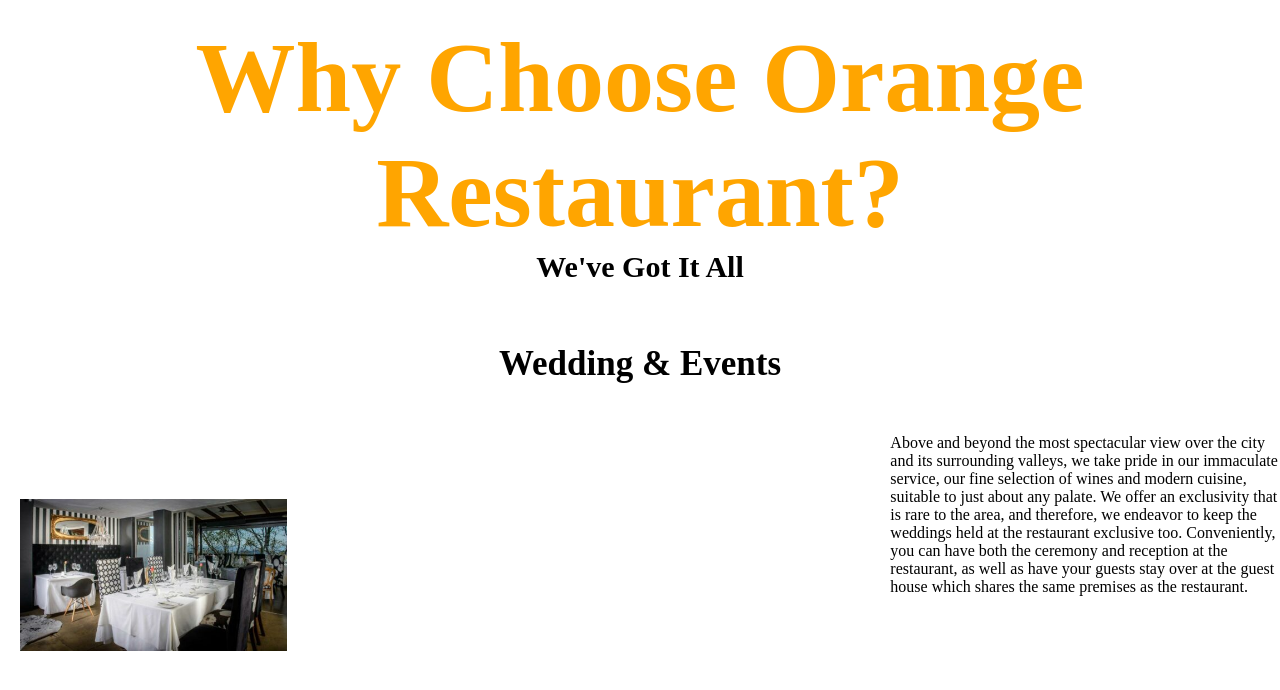
Repository: KaraboM20/KaraboUpdatedProjectOrang-Rest
Page: services.html
The author's editor kept a copy of each file at every save. The page is drawn from the files as they stood at one save, then again after the next save.
The browser window is 1280 px wide. The pictures show the whole page.

Above is the page before, as saved 2024-11-23 21:00:17.

### services.html
<!DOCTYPE html>
<html lang="en">
<head>
    <meta charset="UTF-8">
    <meta name="viewport" content="width=device-width, initial-scale=1.0">

    <link rel="stylesheet" href="./style.css">
    <title>Services Page</title>
</head>
<body>
    <div class="service-top">
        <h1 class="top-name">Why Choose Orange Restaurant?</h1>
        <h2 class="top-name2">We've Got It All</h2>
    </div>

    <div class="wedding">
        <div class="wed-heading">Wedding & Events</div>
        <div class="wed-info">
            <div class="wed-img">
                <img src="./assets/wedding and event.jpg" class="img-thumbnail" alt="...">
            </div>
            <div class="wed-info2">
                Above and beyond the most spectacular view over the city and its surrounding valleys, we take pride in our immaculate service, our fine selection of wines and modern cuisine, suitable to just about any palate. We offer an exclusivity that is rare to the area, and therefore, we endeavor to keep the weddings held at the restaurant exclusive too. Conveniently, you can have both the ceremony and reception at the restaurant, as well as have your guests stay over at the guest house which shares the same premises as the restaurant.
            </div>
        </div>
    </div>
</body>
</html>

### style.css
* {
    margin: 0 ;
    padding:0 ;
    box-sizing: border-box;


}

.upper-section {
    background-image: url(./assets/food-image.jpg);
    background-size: cover;
    background-position: center;
    height: 80vh;
    width: 100vw;
    position: relative;

}



.overlay {
    z-index: 1;
    height: 100%;
    width: 100%;
    background: black;
    position: absolute;
    top: 0;
    opacity: 30%;
}

.navbar {
    display: flex;
    justify-content: space-between;
}

.nav-info ul {
    list-style: none;
    color: orange;
    display: flex;
    cursor: pointer;

}

.nav-info li {
    margin-right: 15px;
    font-size: 18px;
    font-weight: bold;
    text-decoration: none;
    color: orange;
}

.nav-info li:hover {
    color: blueviolet;
    background-color: aqua;
}

.logo-img {
    width: 80%;
    height: auto;
}



.banner-wrap {
    color: white;
    font-size: 70px;
    text-align: center;
    justify-content: center;

}

h1 {
    margin-top: 20px;
}

.icon {
    text-decoration:none;
    color: white;
    font-size: 35px;
    align-items: center;
    justify-content: center;

}

.material-icons {
    color: orange;
}

.check-availability {
    display: flex;
   background-color: orange;
   padding: 10px;
   border: none;
   font-size: 25px;
   align-items: center;
   width: 100vw;


}

.check-availability input {

    font-size: 25px;
    border: 1px solid black;
    border-radius: 10px;
    padding: 5px;
}

.category {
    display: grid;
    margin: 20px;
}

#category-select {
    font-size: 20px;
    border: 1px solid black;
    border-radius: 10px;
    padding: 9px;
}

.check-in {
    display: grid;
    margin: 10px;
    padding: 5px 10px;
}

.check-out {
    display: grid;
    margin: 10px;
    padding: 5px 10px;

}

.event-start {
    display: grid;
    margin: 10px;
    padding: 5px 10px;

}

.event-end {
    display: grid;
    margin: 10px;
    padding: 5px 10px;

}

button  {
    color: orange;
    background-color: black;
    border-radius: 20px;
    font-size: 20px;
    margin-bottom: 0;
    padding: 5px 10px;
    text-align: center;


}

.welcome {
    text-align: center;

}

.welcome-info {
    color: orange;
    font-size: 90px;
    margin-top: 50px;
}

.welcome-info-two {
    font-size: 35px;
    align-items: center;
    justify-content: center;
    margin-top: 40px;
    margin-bottom: 40px;
}

.food-images {
    display: flex;
    align-items: center;


}

img {
    margin: 20px;
    width: 30%;
    height: auto;
}

.two-buttons {
    margin-top: 20px;
    margin-bottom: 30px;
    text-align: center;

}

.button1 {
    color: white;
    background-color: orange;
    border: none;
    font-size: 20px;
    padding: 10px 15px;
}

.button2 {
    color: white;
    background-color: orange;
    margin-left: 20px;
    border: none;
    font-size: 20px;
    padding: 10px 15px;
}

.button3 {
    color: white;
    background-color: orange;
    margin-left: 20px;
    border: none;
    font-size: 20px;
    padding: 10px 15px;
}

p {
    text-align: center;
    font-size: 20px;
    margin-left: 100px;
    margin-right: 100px;
    padding-left: 100px;
    padding-right: 100px;
}

.paragraph {
    margin-bottom: 30px;
}

.testimony {
    background-image: url(./assets/Food-image3.jpg);
    color: white;
    background-size: cover;
    background-position: center;
    height: 100vh;
    width: 100vw;
    position: relative;

}

.overlay2 {
    z-index: 1;
    height: 100%;
    width: 100%;
    background: black;
    position: absolute;
    top: 0;
    opacity: 20%;
}

.testimony-header {
    color: orange;
    font-size: 90px;
    margin-top: 50px;
    text-align: center;
}

.sub-heading {
    font-size: 35px;
    color: black;
    text-align: center;
    margin-top: 40px;
    margin-bottom: 40px;

}

.star-icons {
    color: orange;
    text-align: center;
    margin: 20px;


}

.top-logo {
    text-align: center;
}

.top-name {
    color: orange;
    font-size: 100px;
}

.top-name2 {
    font-size: 30px;
}

.paragraph2 {
    margin-top: 60px;
    margin-bottom: 60px;
}

.service-top {
    text-align: center;
}

.wedding {
    margin-top: 60px;
}

.wed-heading {
    text-align: center;
    font-size: 35px;
    font-weight: bold;
}

.wed-info {
    display: flex;
    margin-top: 50px;
    margin-bottom: 50px;
    align-items: center;
    justify-content: space-around;
}

.wed-img {
    width: 914px;
    height: 72px;
}

.wed-info2 {
    width: 400px;

}

After the next save:
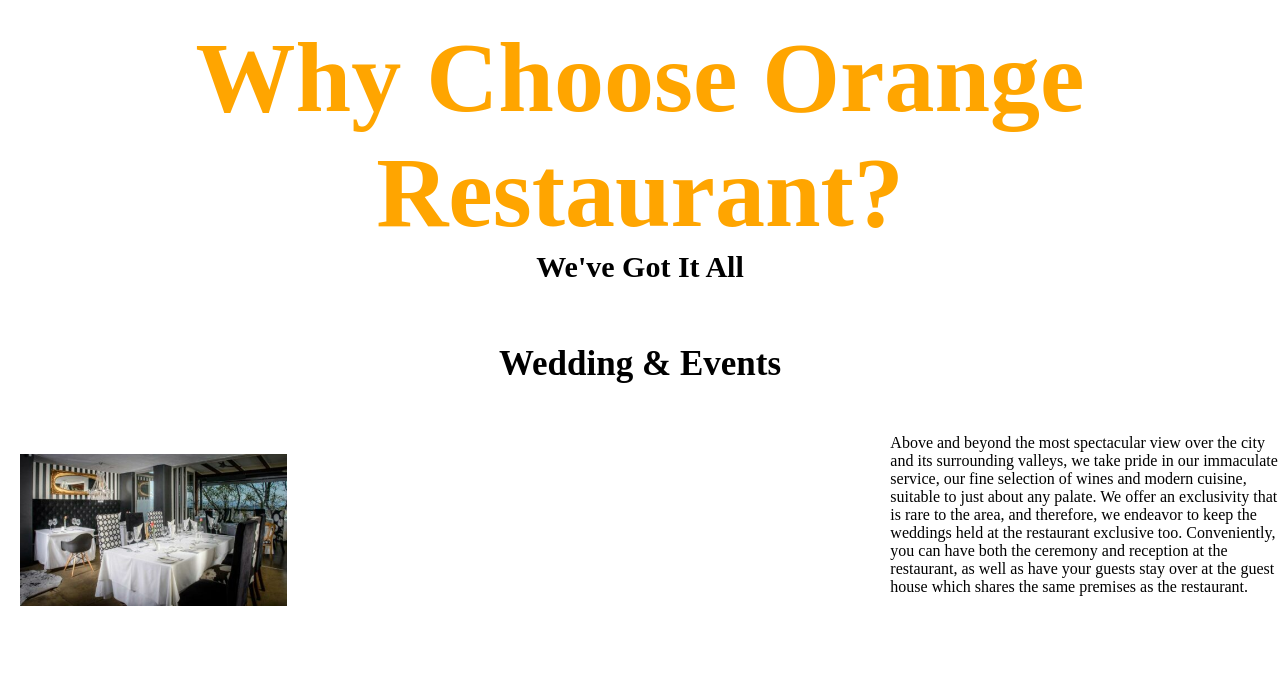
Saved 32 s later.
--- a/style.css
+++ b/style.css
@@ -316,8 +316,7 @@
     display: flex;
     margin-top: 50px;
     margin-bottom: 50px;
-    align-items: center;
-    justify-content: space-around;
+
 }
 
 .wed-img {
